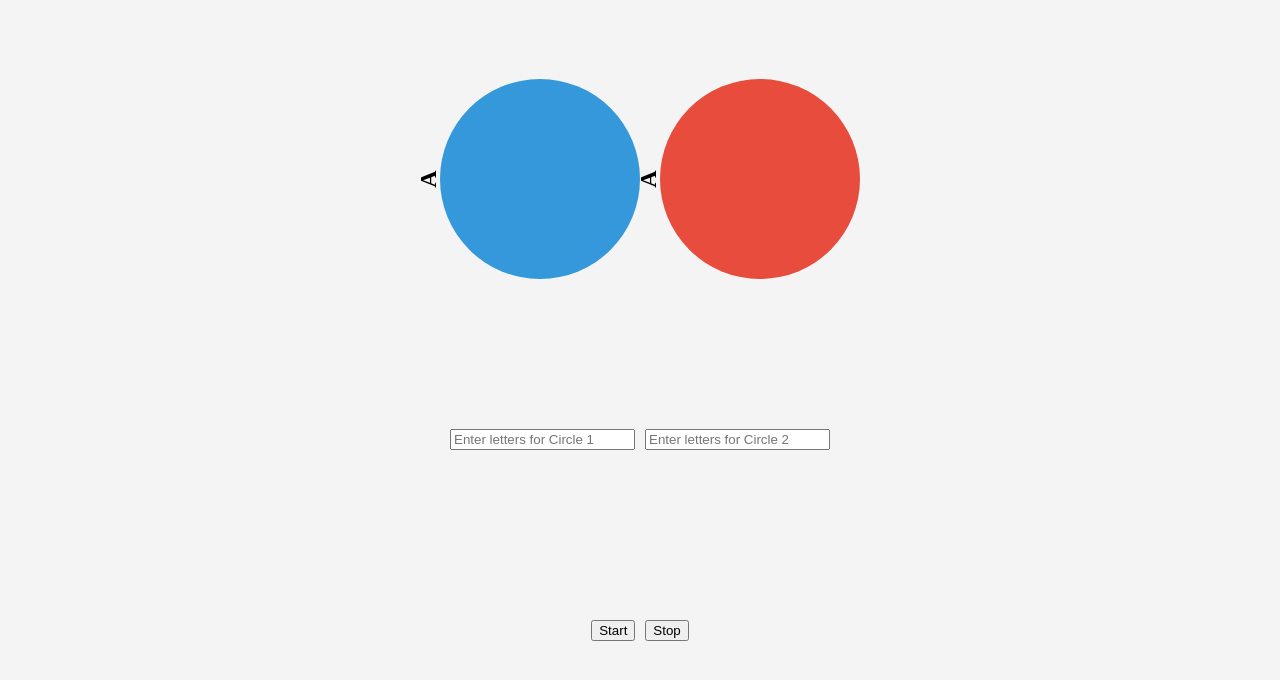
Repository: boshi-an/Isorhythm
Page: .vscode/Isorhythm/index.html
The author's editor kept a copy of each file at every save. The page is drawn from the files as they stood at one save, then again after the next save.
The browser window is 1280 px wide. The pictures show the whole page.

Above is the page before, as saved 2023-10-18 17:57:18.

### .vscode/Isorhythm/index.html
<!DOCTYPE html>
<html lang="en">

<head>
    <meta charset="UTF-8">
    <meta name="viewport" content="width=device-width, initial-scale=1.0">
    <title>Rotating Circles</title>
    <link rel="stylesheet" href="styles.css">
</head>

<body>
    <div class="circleContainer">
        <div class="circle" id="circle1">
            <div class="letter">A</div>
        </div>
        <div class="circle" id="circle2">
            <div class="letter">A</div>
        </div>
    </div>
    <div class="inputContainer">
        <input type="text" id="input1" placeholder="Enter letters for Circle 1">
        <input type="text" id="input2" placeholder="Enter letters for Circle 2">
    </div>
    <div class="uiContainer">
        <button id="startBtn">Start</button>
        <button id="stopBtn">Stop</button>
    </div>
    <script src="script.js"></script>
</body>

</html>

### .vscode/Isorhythm/styles.css
body {
    display: flex;
    flex-direction: column;
    /* Stack child elements vertically */
    justify-content: center;
    /* Center the content vertically */
    align-items: center;
    /* Center the content horizontally */
    height: 100vh;
    background-color: #f4f4f4;
    overflow: hidden;
    margin: 0;
    gap: 150px;
    /* Space between the circle container and the button container */
}

.circleContainer {
    display: flex;
    align-items: center;
    width: 420px;
    /* Adjust based on your circle sizes */
}

.inputContainer {
    display: flex;
    gap: 10px;
    margin-bottom: 20px;
}

.circle {
    width: 200px;
    height: 200px;
    border-radius: 50%;
    position: relative;
    display: flex;
    flex-shrink: 0;
    align-items: center;
    justify-content: center;
    margin: 0 10px;
}

.uiContainer {
    display: flex;
    gap: 10px;
}

.triangle {
    width: 0;
    height: 0;
    border-left: 50px solid transparent;
    border-right: 50px solid transparent;
    border-bottom: 87px solid #3498db;
    will-change: transform;
    transform-origin: 50% 50%;
}

.letter {
    position: absolute;
    font-size: 1.5em;
    /* Adjust as needed */
    font-weight: bold;
    /* Adjust as needed */
    transform: translateY(-50%) rotate(-90deg);
    /* Adjust as needed */
    top: 50%;
    left: -20px;
    /* Adjust as needed to place the letter to the left side of the circle */
}

#triangle1 {
    border-bottom: 87px solid #3498db;
    /* background-color: #3498db; */
}

#triangle2 {
    border-bottom: 87px solid #e74c3c;
    /* background-color: #e74c3c; */
}

#circle1 {
    background-color: #3498db;
}

#circle2 {
    background-color: #e74c3c;
}

### .vscode/Isorhythm/script.js
let angle1 = 0;
let angle2 = 0;
let animationId1;
let animationId2;

function rotateCircle1() {
    const circle1 = document.getElementById('circle1');
    angle1 = (angle1 + 2) % 360;
    circle1.style.transform = `rotate(${angle1}deg)`;
    animationId1 = requestAnimationFrame(rotateCircle1);
}

function rotateCircle2() {
    const circle2 = document.getElementById('circle2');
    angle2 = (angle2 - 2) % 360;
    circle2.style.transform = `rotate(${angle2}deg)`;
    animationId2 = requestAnimationFrame(rotateCircle2);
}

document.getElementById('startBtn').addEventListener('click', () => {
    cancelAnimationFrame(animationId1);
    cancelAnimationFrame(animationId2);
    rotateCircle1();
    rotateCircle2();
});

document.getElementById('stopBtn').addEventListener('click', () => {
    cancelAnimationFrame(animationId1);
    cancelAnimationFrame(animationId2);
});

function updateLetters(circleId, inputId) {
    const circle = document.getElementById(circleId);
    const inputText = document.getElementById(inputId).value;

    // Remove any existing letters
    circle.innerHTML = "";

    // Add new letters
    for (let i = 0; i < inputText.length; i++) {
        const angle = (i / inputText.length) * 360;
        const letterElem = document.createElement('div');
        letterElem.className = 'letter';
        letterElem.style.transform = `rotate(${angle}deg) translate(50px) rotate(-${angle}deg)`;
        letterElem.innerText = inputText[i];
        circle.appendChild(letterElem);
    }
}

document.getElementById('input1').addEventListener('input', () => updateLetters('circle1', 'input1'));
document.getElementById('input2').addEventListener('input', () => updateLetters('circle2', 'input2'));

After the next save:
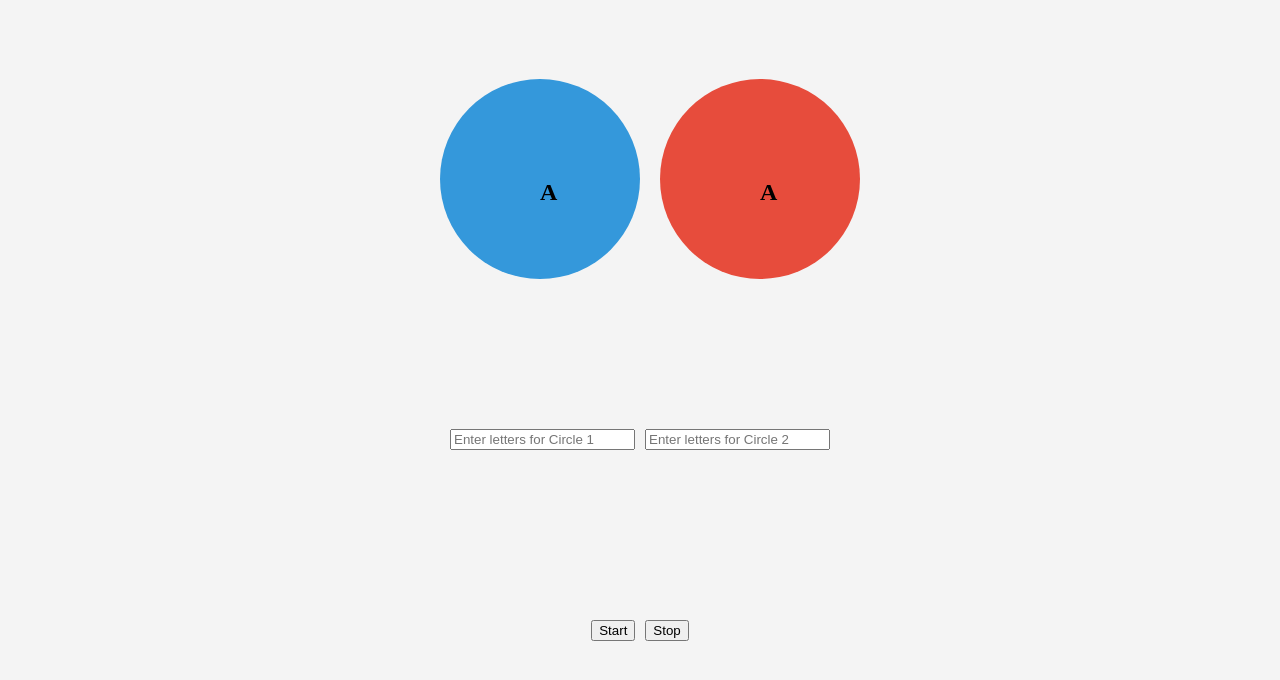
Saved 2 min 5 s later.
--- a/.vscode/Isorhythm/styles.css
+++ b/.vscode/Isorhythm/styles.css
@@ -57,14 +57,10 @@ body {
 .letter {
     position: absolute;
     font-size: 1.5em;
-    /* Adjust as needed */
     font-weight: bold;
-    /* Adjust as needed */
-    transform: translateY(-50%) rotate(-90deg);
-    /* Adjust as needed */
     top: 50%;
-    left: -20px;
-    /* Adjust as needed to place the letter to the left side of the circle */
+    left: 50%;
+    transform-origin: 50% 50%;
 }
 
 #triangle1 {
